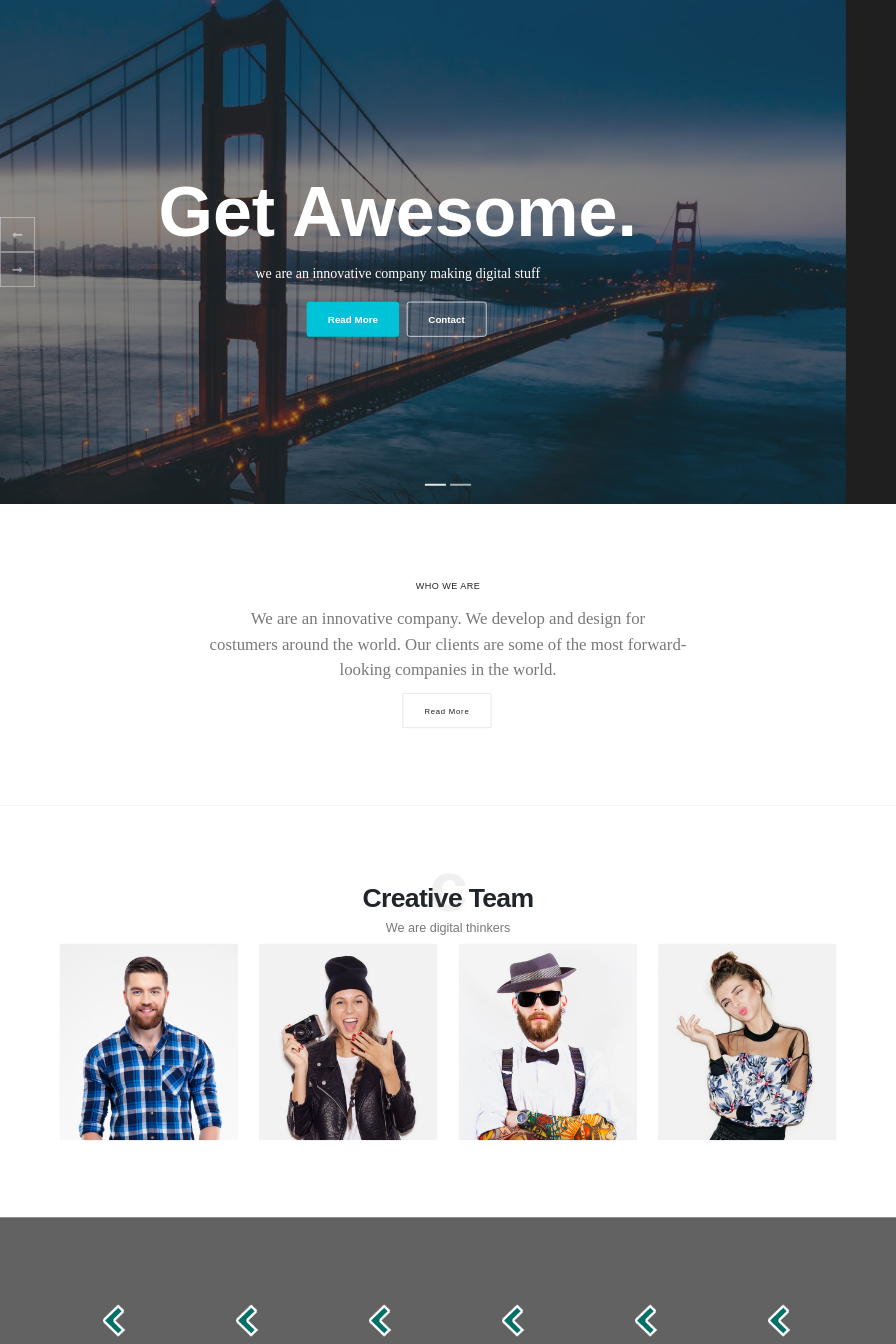
Repository: HodaHesham/BIZOL
Page: index.html
These files come from the project's save history. The page is drawn as it stood at one moment and after the next save; the edit follows.
The browser window is 1280 px wide. The pictures show the part of the page from y = 0 to 1920 px (the page is 4765 px tall before and 4821 px after), at 70% of full size.

Above is the page before, as saved 2020-11-14 12:14:35.

After the next save:
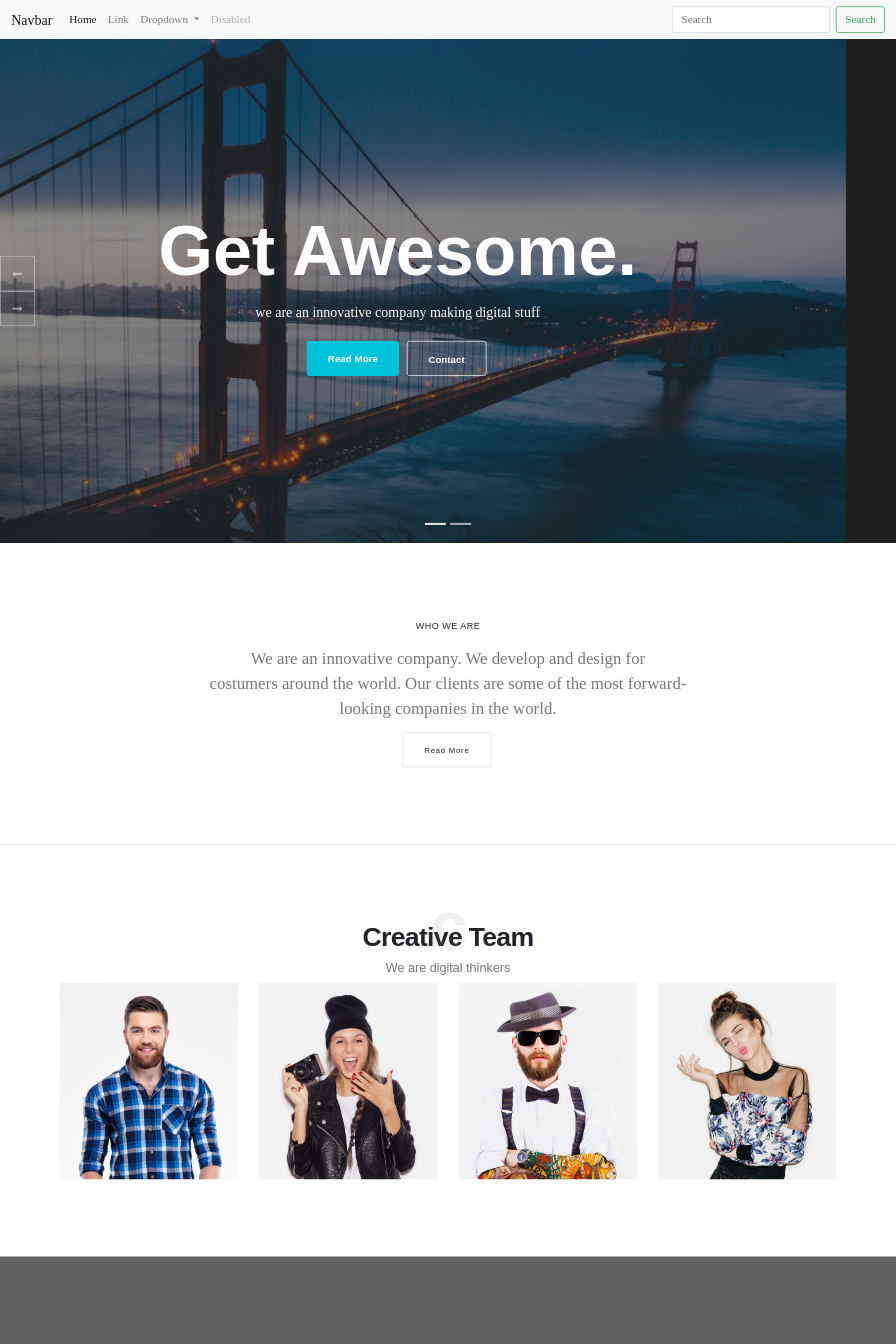
Saved 107 s later.
--- a/index.html
+++ b/index.html
@@ -15,7 +15,41 @@
 <body>
 
 
-
+    <nav class="navbar navbar-expand-lg navbar-light bg-light">
+        <a class="navbar-brand" href="#">Navbar</a>
+        <button class="navbar-toggler" type="button" data-toggle="collapse" data-target="#navbarSupportedContent" aria-controls="navbarSupportedContent" aria-expanded="false" aria-label="Toggle navigation">
+          <span class="navbar-toggler-icon"></span>
+        </button>
+
+        <div class="collapse navbar-collapse" id="navbarSupportedContent">
+          <ul class="navbar-nav mr-auto">
+            <li class="nav-item active">
+              <a class="nav-link" href="#">Home <span class="sr-only">(current)</span></a>
+            </li>
+            <li class="nav-item">
+              <a class="nav-link" href="#">Link</a>
+            </li>
+            <li class="nav-item dropdown">
+              <a class="nav-link dropdown-toggle" href="#" id="navbarDropdown" role="button" data-toggle="dropdown" aria-haspopup="true" aria-expanded="false">
+                Dropdown
+              </a>
+              <div class="dropdown-menu" aria-labelledby="navbarDropdown">
+                <a class="dropdown-item" href="#">Action</a>
+                <a class="dropdown-item" href="#">Another action</a>
+                <div class="dropdown-divider"></div>
+                <a class="dropdown-item" href="#">Something else here</a>
+              </div>
+            </li>
+            <li class="nav-item">
+              <a class="nav-link disabled" href="#">Disabled</a>
+            </li>
+          </ul>
+          <form class="form-inline my-2 my-lg-0">
+            <input class="form-control mr-sm-2" type="search" placeholder="Search" aria-label="Search">
+            <button class="btn btn-outline-success my-2 my-sm-0" type="submit">Search</button>
+          </form>
+        </div>
+      </nav>
 
 
     <!-- ////////////////////// header ///////////////////// -->
